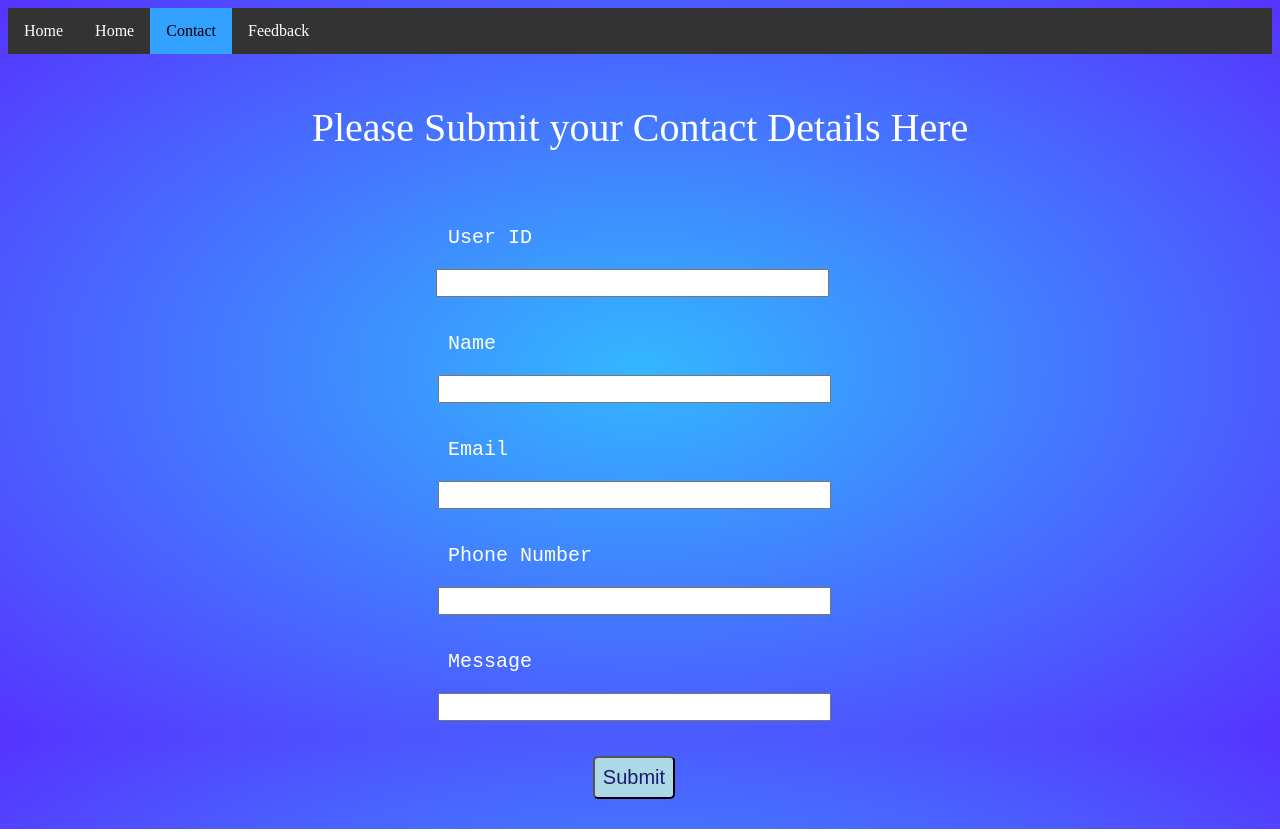
Repository: ShreyasG27/Amdocs-Training
Page: http://localhost/e-learning-frontend/contact.jsp
These files come from the project's save history. The page is drawn as it stood at one moment and after the next save; the edit follows.
The browser window is 1280 px wide. The pictures show the whole page.
The page is served by Tomcat 9.

Above is the page before, as saved 2021-08-22 17:08:24.

After the next save:
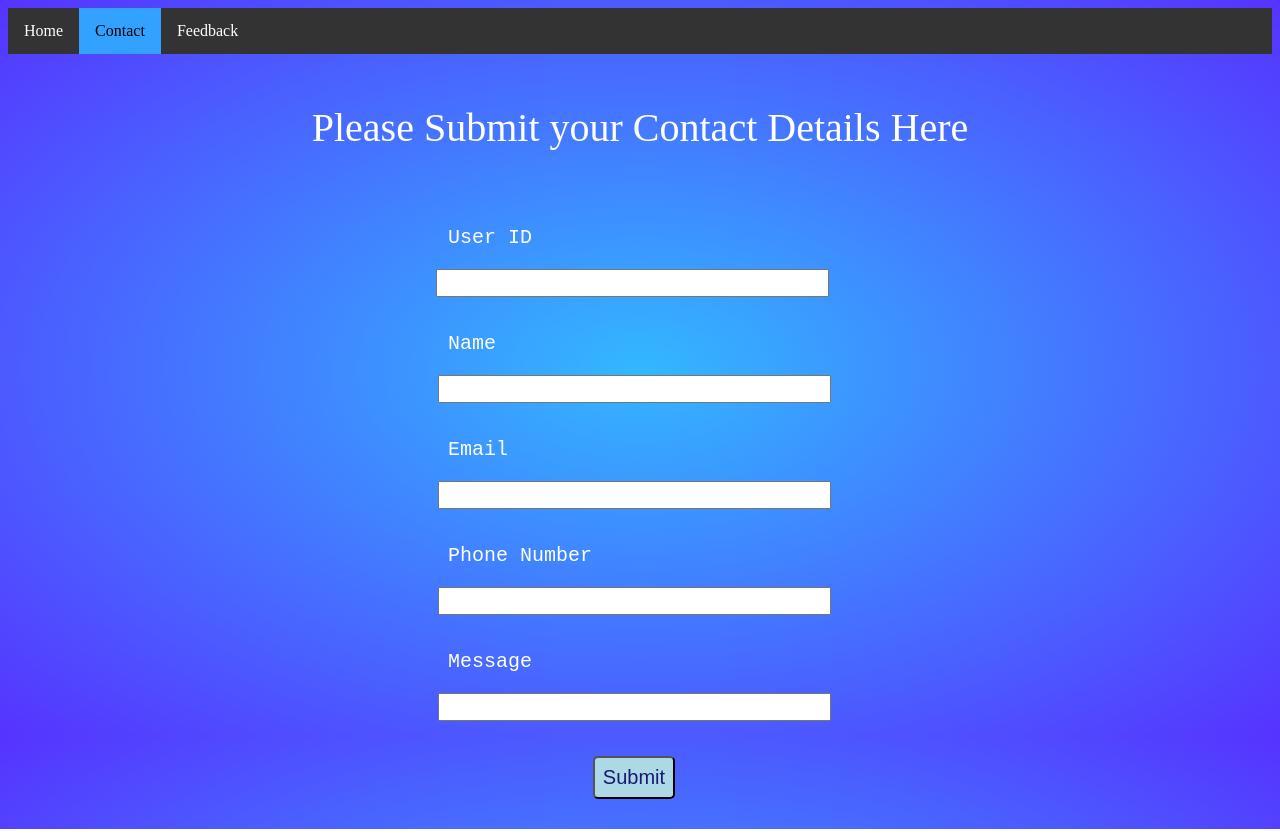
Saved 28 s later.
--- a/e-learning-frontend/src/main/webapp/contact.jsp
+++ b/e-learning-frontend/src/main/webapp/contact.jsp
@@ -91,7 +91,7 @@ li a:hover:not(.active) {
 </head>
 <body>
 <ul>
-<li><a href="afteruserlogin.jsp">Home</a></li><li><a href="afteruserlogin.jsp">Home</a></li>
+<li><a href="afteruserlogin.jsp">Home</a></li>
   <li><a class="active" href="contact.jsp">Contact</a></li>
   <li><a href="feedback.jsp">Feedback</a></li>
 </ul>
